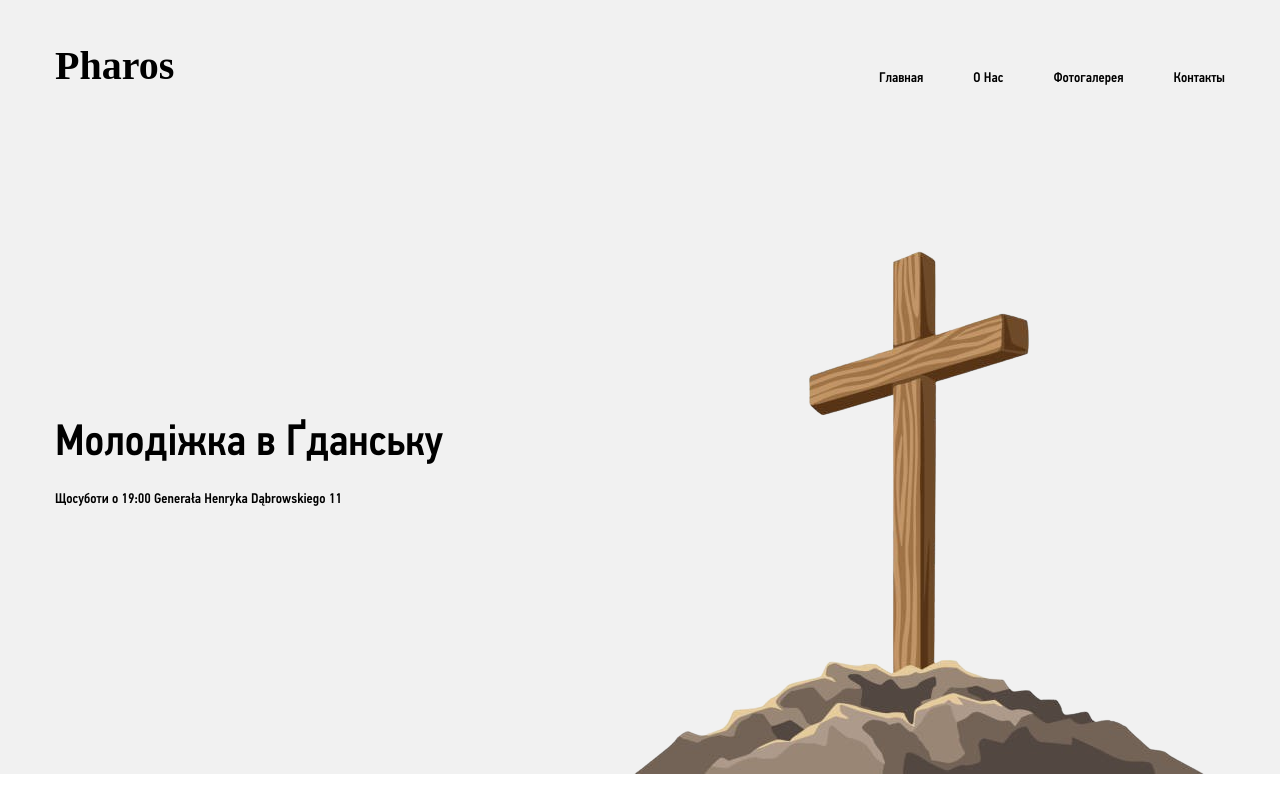
Repository: Bohdan-Sandovenko/youth-project
Page: index.html
The author's editor kept a copy of each file at every save. The page is drawn from the files as they stood at one save, then again after the next save.
The browser window is 1280 px wide. The pictures show the whole page.
Some web fonts or font styles are not loaded; a fallback is used. The style sheet was rebuilt from its Sass, Less or Tailwind sources for each picture, by a compiler version that may differ from the author's.

Above is the page before, as saved 2024-09-11 09:16:53.

### index.html
<!DOCTYPE html>
<html lang="en">
<head>
    <meta charset="UTF-8">
    <meta name="viewport" content="width=device-width, initial-scale=1.0">
    <title>Pharos - Christian youth</title>
    <link rel="stylesheet" href="css/style.css">
    <link rel="stylesheet" href="css/media.css">
</head>
<body>
    <header class="header">
        <div class="container">
            <!--Header nav-->
            <div class="header-nav">
                <a href="#!" class="logo">Pharos</a>
                <nav class="nav">
                    <ul class="nav-list">
                        <li class="nav-item"><a href="" class="nav-link">Главная</a></li>
                        <li class="nav-item"><a href="" class="nav-link">О Нас</a></li>
                        <li class="nav-item"><a href="" class="nav-link">Фотогалерея</a></li>
                        <li class="nav-item"><a href="" class="nav-link">Контакты</a></li>
                    </ul>
                </nav>
            </div>
            <!--header content-->
            <div class="header-row">
                <div class="header-content">
                    <h1 class="header-heading">Молодіжка в Ґданську</h1>
                    <p>Щосуботи о 19:00 Generała Henryka Dąbrowskiego 11</p>
                </div>
                <div class="header-img">
                    <img src="./img/cross-chrisitian.png" alt="">
                </div>
            </div>
        </div>
    </header>
    <section class="services">
        <div class="container">
            <div class="services-row">
                <div class="service-card">
                    <img src="" alt="">
                </div>
            </div>
        </div>
    </section>
    <script src="./js/main.js"></script>
</body>
</html>

### css/style.scss
@import "nullstyles.scss";

@font-face {
    font-family: 'Poppins';
    src: url('../fonts/Poppins/PFDinTextCondPro-Medium.woff2') format('woff2');
    font-weight: 900;
    font-style: bold;
    font-display: swap;
}

@font-face {
    font-family: 'Permanent Marker';
    src: url('../fonts/Permanent/PermanentMarker-Regular.woff2') format('woff2');
    font-weight: normal;
    font-style: normal;
    font-display: swap;
}

body {
    color: black;
    font-family: 'Poppins', sans-serif;

    .header {
        padding: 46px 0px 0px 0px;
        background-color: #F1F1F1;

        .container {
            max-width: 1230px;
            padding: 0 30px;
            margin: 0 auto;

            .header-nav {
                display: flex;
                justify-content: space-between;
                align-items: flex-end;
                margin-bottom: 76px;

                .logo {
                    font-family: 'Permanent Marker';
                    font-weight: 700;
                    font-size: 40px;
                    color: black;
                }

                .nav-list {
                    display: flex;
                    column-gap: 50px; //оступы между элементами
                    font-size: 14px;

                    .nav-item {
                        .nav-link {
                            color: black;

                            &:hover {
                                color: #606060;
                            }
                        }
                    }
                }
            }

            .header-row {
                display: flex;
                justify-content: space-between;
                column-gap: 30px;

                .header-content {
                    max-width: 500px;
                    align-self: center;

                    .header-heading {
                        font-weight: 600;
                        margin-bottom: 20px;
                        font-size: 44px;
                    }

                    p {
                        line-height: 2;
                    }
                }
            }
        }
    }
}

### css/nullstyles.scss
* {
    padding: 0;
    margin: 0;
    border: 0;
}


*,
*:before,
*:after {
    -webkit-box-sizing: border-box;
    -moz-box-sizing: border-box;
    box-sizing: border-box;
}


:focus,
:active {
    outline: none;
}

a:focus,
a:active {
    outline: none;
}


nav,
footer,
header,
aside {
    display: block;
}


html,
body {
    height: 100%;
    width: 100%;
    font-size: 100%;
    line-height: 1;
    font-size: 14px;
    -ms-text-size-adjust: 100%;
    -moz-text-size-adjust: 100%;
    -webkit-text-size-adjust: 100%;
}


input,
button,
textarea {
    font-family: inherit;
}


input::-ms-clear {
    display: none;
}

button {
    cursor: pointer;
}

button::-moz-focus-inner {
    padding: 0;
    border: 0;
}

a,
a:visited {
    text-decoration: none;
}

a:hover {
    text-decoration: none;
}

ul li {
    list-style: none;
}

img {
    vertical-align: top;
}

h1,
h2,
h3,
h4,
h5,
h6 {
    font-size: inherit;
    font-weight: 400;
}

Loaded but not shown: js/main.js (no stored copy; drawn as an empty file); css/media.scss (no stored copy; drawn as an empty file)

After the next save:
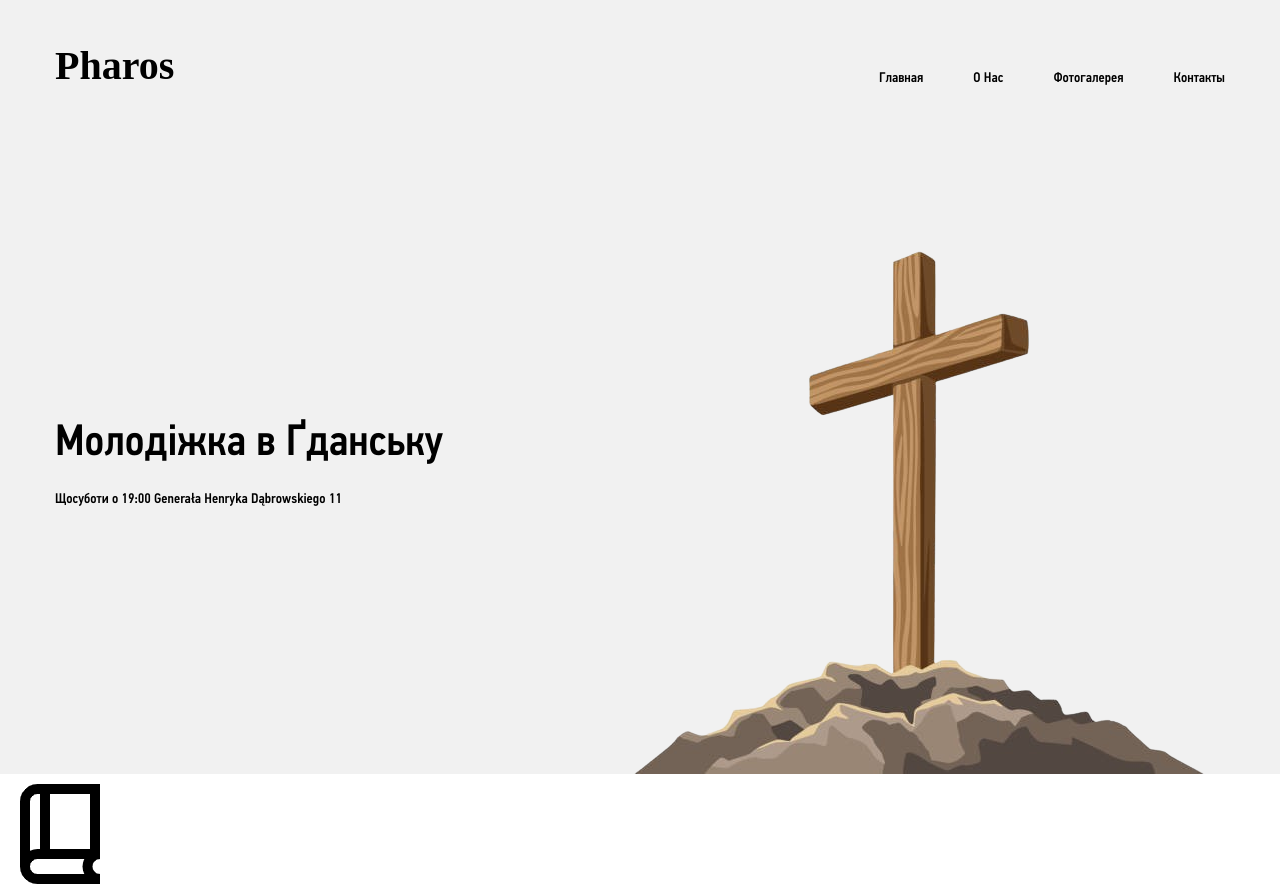
Saved 25 s later.
--- a/index.html
+++ b/index.html
@@ -38,7 +38,7 @@
         <div class="container">
             <div class="services-row">
                 <div class="service-card">
-                    <img src="" alt="">
+                    <img src="./img/icons/bible.png" alt="">
                 </div>
             </div>
         </div>
